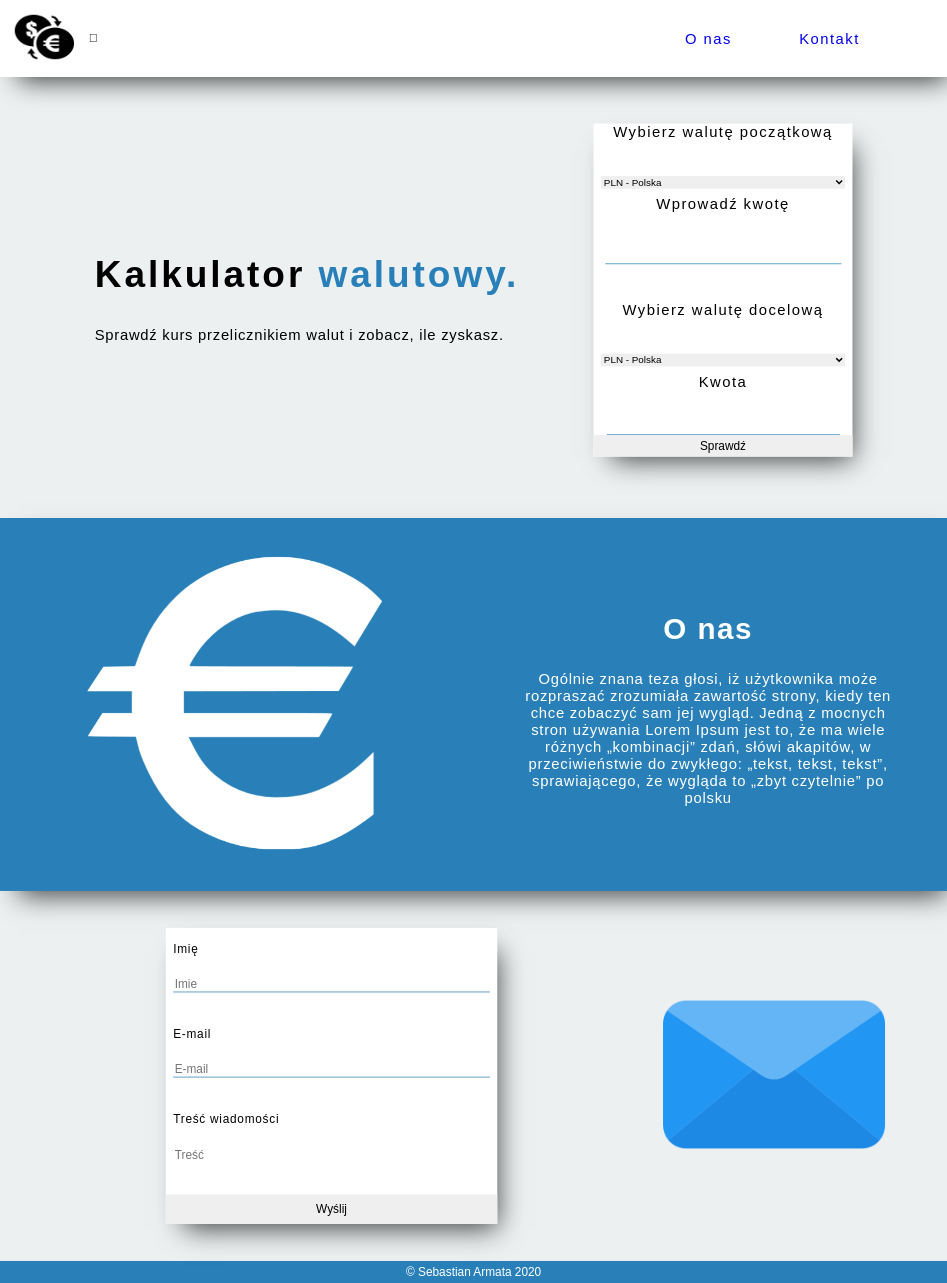
Repository: SebastianArmata22/Kalkulator-walut
Page: index.html
An editor plug-in stored every save of this project. The page is shown before and after the next save, followed by the edit.
The browser window is 1280 px wide. The pictures show the whole page, at 74% of full size.
Some web libraries are served in a nearby version.

Above is the page before, as saved 2020-11-21 16:50:08.

### index.html
<!DOCTYPE html>

<html>
    <head>
        <meta charset="utf-8">
        <meta http-equiv="X-UA-Compatible" content="IE=edge">
        <title>Kalkulator walut</title>
        <meta name="description" content="">
        <meta name="viewport" content="width=device-width, initial-scale=1">
        <link rel="stylesheet" href="style.css">
        <link rel="stylesheet" href="https://cdnjs.cloudflare.com/ajax/libs/font-awesome/4.7.0/css/font-awesome.min.css">
        <script src="https://kit.fontawesome.com/1e3e93b5d4.js" crossorigin="anonymous"></script>
    </head>
    <body>

    <div class="container">
        <nav>
        <div class="menu-container">
            <div class="logo">
                <a href="#"><img src="./photos/logo.png"></a>
            </div>
            <i  class="fas fa-bars hamburger " onclick="showMenu()"></i>
            <div class="menu" id="menu">
                <ul>
                    <li id="qw" class="list"><a href="#about-us">O nas</a></li>
                    <li class="list"><a href="#contact">Kontakt</a></li>
                </ul>
            </div>
        </div>
        </nav>
        <section>
        <div class="main-content">
            <div class="calculator-content">
            <div class="text">
                <h1>Kalkulator <span>walutowy.</span></h1>
                <p>Sprawdź kurs przelicznikiem walut i zobacz, ile zyskasz.</p>
            </div>
            <div class="calculator ">
                <label for="inputNumber" class="text-label">Wybierz walutę początkową</label><br>
                <select name="list-currency" id="initialCurrency" class="list-currency">
                    <option value="PLN">PLN - Polska </option>
                    <option value="EUR">EUR - Unia Europejska</option>
                    <option value="GBP">GBP - W. Brytania</option>
                    <option value="CHF">CHF - Szwajcaria</option>
                    <option value="CZK">CZK - Czechy</option>
                  </select>
                <label for="inputNumber" class="text-label">Wprowadź kwotę</label><br>
                <input type="text" id="inputNumber">
                <label for="inputNumber" class="text-label">Wybierz walutę docelową</label><br>
                <select name="list-currency" id="targetCurrency" class="list-currency">
                    <option value="PLN">PLN - Polska </option>
                    <option value="EUR">EUR - Unia Europejska</option>
                    <option value="GBP">GBP - W. Brytania</option>
                    <option value="CHF">CHF - Szwajcaria</option>
                    <option value="CZK">CZK - Czechy</option>
                  </select>
                <label for="outputNumber" class="text-label"> Kwota</label><br>
                <div id="outputNumber"></div>
                <button id="check" onclick="getData()">Sprawdź</button>
            </div>
        </div>
        <div class="about-us" id="about-us">
            <div class="photo-euro">
                <img src="./photos/euro-512.png">
            </div>
            <div class="abous-us-contact">
                <h1>O  nas</h1>
                <p>Ogólnie  znana  teza  głosi,  iż  użytkownika  może  rozpraszać  zrozumiała
                    zawartość  strony, kiedy ten chce zobaczyć sam jej wygląd.
                    Jedną z mocnych stron używania Lorem Ipsum jest to, że ma wiele różnych
                     „kombinacji” zdań, słówi akapitów, w przeciwieństwie do zwykłego: „tekst,
                        tekst,   tekst”,   sprawiającego,   że   wygląda   to   „zbyt   czytelnie”
                           po   polsku</p>
            </div>
        </div>
        </section>
        <div class="contact" id="contact">
            <div class="contact-form-container">
            <form class="contact-form" action="https://formspree.io/f/xqkgbkbb" method="POST">
                <label for="">Imię</label><br />
                <input class="name" type="text" placeholder="Imie" name="name"><br />
                <label for="">E-mail</label><br />
                <input class="email" type="email" placeholder="E-mail" name="_replyto"><br />
                <label for="">Treść wiadomości</label><br />
                <textarea class="text-area" name="message" placeholder="Treść"></textarea>
                <button class="">Wyślij</button>

            </form>
        </div>
            <div class="contact-img">
                <img src="./photos/email.png">
            </div>
        </div>
    </div>
    <footer>
        <div class="footer">
            <p>© Sebastian Armata 2020</p>
        </div>
    </footer>
    </div>
        <script src="script.js" ></script>
    </body>
</html>

### style.css
* {
    font-family: 'Robot', sans-serif !important;
}

h1 {
    font-weight: 800;
    font-size: 40px;
}

body{
    margin: 0;
    padding: 0;
    box-sizing: border-box;
}
.container{
    width: 100%;
}
.menu-container{
    position: relative;
    display: flex;
    align-items: center;
    box-shadow: 12px 18px 35px -13px rgba(0,0,0,0.75);
}
.logo img{
    position: relative;
    top: 0;
    left: 0;
    height: 60px;
    width: 80px;
    padding: 20px;
}
.menu{

    position: absolute;
    right: 0;
   margin-right: 50px;
}
.menu ul li{
    display: inline-flex;
    justify-content: space-around;
}

.menu ul li a{
    display: flex;
    text-decoration: none;
    height: 50px;
    width: 100px;
    align-items: center;
    font-size: 20px;
    letter-spacing: 2px;
    margin-right: 50px;
}

.menu ul li a:hover{
    border-bottom: 5px solid #2980b9;
    margin-bottom: -5px;
    transition: all 0.3s ease-out;

}
.hamburger{
    display: none;
}
.main-content{
    display: flex;
    align-items: center;
    justify-content: center;
    flex-wrap: wrap;
    background-color:#ecf0f1 ;
}
.calculator-content{
    width: 80%;
    min-height: 80vh;
    display: flex;
    align-items: center;
    justify-content:space-between;
}
.calculator{
    display: flex;
    flex-direction: column;
    box-shadow: 12px 18px 35px -13px rgba(0,0,0,0.75);
    height: 450px;
    width: 350px;
    text-align: center;
    background-color: white;
}
.text h1{
    font-size: 50px;
    letter-spacing: 4px;
    flex-wrap: wrap;
}
.text p{
    font-size: 20px;
    letter-spacing: 1px;
    flex-wrap: wrap;


}
#outputNumber{
    width: 90%;
    height: 30px;
    border-bottom: 1px solid #2980b9;
    margin: auto;
    margin-top: 0;

}
.calculator button{
    height: 40px;
    border-style: none;
    font-size: 16px;
}
.calculator button:hover{
    background-color: #2980b9;
    color: white;
    transition: all 0.3s ease-out;
    cursor: pointer ;
}
.calculator input[type=text]{
    border-style: none;
    height: 40px;
    border-bottom: 1px solid #2980b9;
    width: 90%;
    margin: auto;
    margin-top: 0px;
    margin-bottom: 50px;
}
.text-label{
    margin-bottom: 20px;
    font-size: 20px;
    letter-spacing: 2px;
}
.list-currency{
    margin-bottom: 20px;
    margin: 10px;
    border-style: none;
}

.text span{
    color: #2980b9;
}
.about-us{
    display: flex;
    justify-content: space-around;
    align-items: center;
    margin-top: 20px;
    text-align: center;
    background-color: #2980b9;
    box-shadow: 12px 18px 35px -13px rgba(0,0,0,0.75);
    flex-wrap: wrap;
}
.about-us img{
    height: 400px;
}
.abous-us-contact{
    width: 40%;
}
.abous-us-contact h1{
    letter-spacing: 2px;
    font-size: 40px;
    color: white;
}
.abous-us-contact p{
    font-size: 20px;
    letter-spacing: 1px;
    color: white;

}
.photo-euro{
    padding: 50px;
}
.contact{
    display: flex;
    align-items: center;
    padding: 50px 0 50px 0;
    background-color:#ecf0f1 ;

}
.contact-form{
    display: flex;
    flex-direction: column;
    box-shadow: 12px 18px 35px -13px rgba(0,0,0,0.75);
    width: 50%;
    height: 400px;
    position: relative;
    text-align: left;
    letter-spacing: 1px;
    background-color: white;

}
.contact-form input {
    margin: 10px;
    border-style: none;
    border-bottom: 1px solid #2980b9;
    font-size: 16px;

}
.contact-form textarea
{
    margin: 10px;
    height: 100px;
    border-style: none;
    border-bottom: 1px solid #2980b9;
    font-size: 16px;
    resize: none;
}
.contact-form label {
    margin: 20px 0 0 10px;
}
.contact-form button{
position: absolute;
bottom: 0;
width: 100%;
height: 40px;
border-style: none;
font-size: 16px;
}
.contact-form button:hover{
    background-color: #2980b9;
    color: white;
    transition: all 0.3s ease-out;
    cursor: pointer ;
}

.contact-form-container{
    width: 70%;
    display: flex;
    align-items: center;
    justify-content: center;
}
.contact-img img{
max-width: 300px;

}
.footer{
    display: flex;
    align-items: center;
    justify-content: center;
    background-color: #2980b9;
    color: white;
    height: 30px;
}

.btn{
     color: white;
     background-color: #2980b9 !important;
}

@media only screen and (max-width: 800px){

.menu-container{
        height: 70px;
        justify-content: flex-end;
    }
.logo{
        position: absolute;
        left: 1px;
    }
.calculator-content{
    width: 100%;
    align-items: center;
    justify-content: center;
    flex-wrap: wrap;
}
.text{
    text-align: center;

}
.text h1{
   font-size: 25px;
}
.text p{
    font-size: 16px;
 }
.about-us{
    flex-direction: column;
}
.abous-us-contact{
    width: 90%;
}
.contact-img{

 display: none;
}
.photo-euro img{
    width: 100px;
    height: 100px;

}
.photo-euro{
    padding: 10px;
}
.contact{
    flex-wrap: wrap;
}
.contact-form-container{
    width: 100%;
    flex-direction: column-reverse;
}
.contact-form{
    width: 90%;
}
.menu {
    display: none;
}
.hamburger{
    display: flex;
    justify-content: flex-end;
    margin-right: 20px;
}
.hamburger:hover{
   cursor: pointer;
}
}

.responsive{
    display: block;
}

### script.js
const inputCash= document.getElementById('inputNumber');
const outputCash=document.getElementById('outputNumber');
const initialCurrency=document.getElementById('initialCurrency');
const targetCurrency=document.getElementById('targetCurrency');

let choice;
const euro=4.62;
const dolar=3.93;
const frank=4.31;
choice='euro';

let getStartupCurrency=()=>{
    return `https://api.exchangeratesapi.io/latest?base=${initialCurrency.options[initialCurrency.selectedIndex].value}`;
}
function getData(){
    fetch(getStartupCurrency())
    .then(response => response.json())
    .then(response => {
        let currency=targetCurrency.options[targetCurrency.selectedIndex].value;
        let money;
        if(currency=='PLN')
            money=inputCash.value* response.rates.PLN;
        else if(currency=='EUR')
            money=inputCash.value* response.rates.EUR;
        else if(currency=='GBP')
            money=inputCash.value* response.rates.GBP;
        else if(currency=='CHF')
            money=inputCash.value* response.rates.CHF;
        else if(currency=='CZK')
            money=inputCash.value* response.rates.CZK;
        if(targetCurrency.options[targetCurrency.selectedIndex].value!=initialCurrency.options[initialCurrency.selectedIndex].value)
        outputCash.innerHTML=Math.round(money*100)/100;
        else
        outputCash.innerHTML=inputCash.value;
    })
}

function showMenu()
{
const menu=document.getElementsByClassName("list");
}

After the next save:
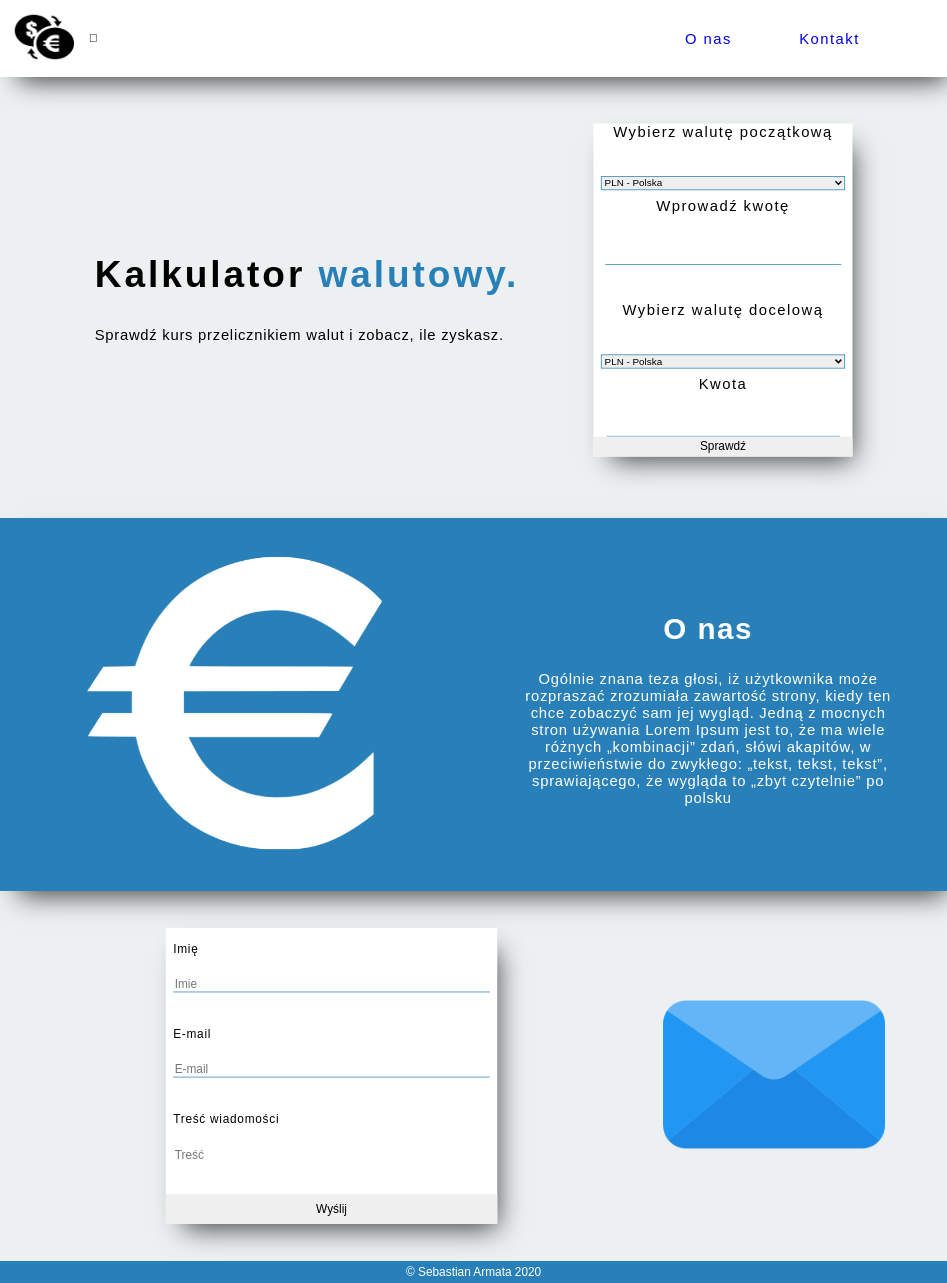
Saved 31 s later.
--- a/style.css
+++ b/style.css
@@ -131,7 +131,7 @@ body{
 .list-currency{
     margin-bottom: 20px;
     margin: 10px;
-    border-style: none;
+    border: 1px solid  #2980b9;
 }
 
 .text span{
